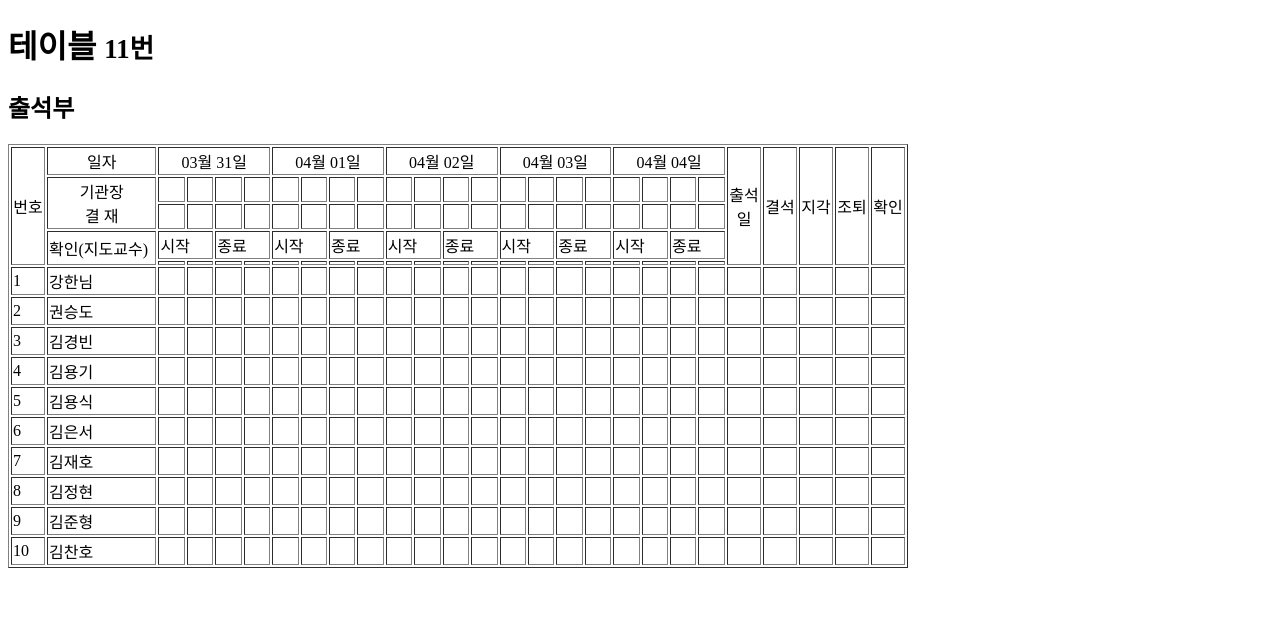
Repository: kmd192kmd/Web
Page: html/HtmlTest/src/main/webapp/ex16_table.html
An editor plug-in stored every save of this project. The page is shown before and after the next save, followed by the edit.
The browser window is 1280 px wide. The pictures show the whole page.

Above is the page before, as saved 2026-02-13 07:22:55.

After the next save:
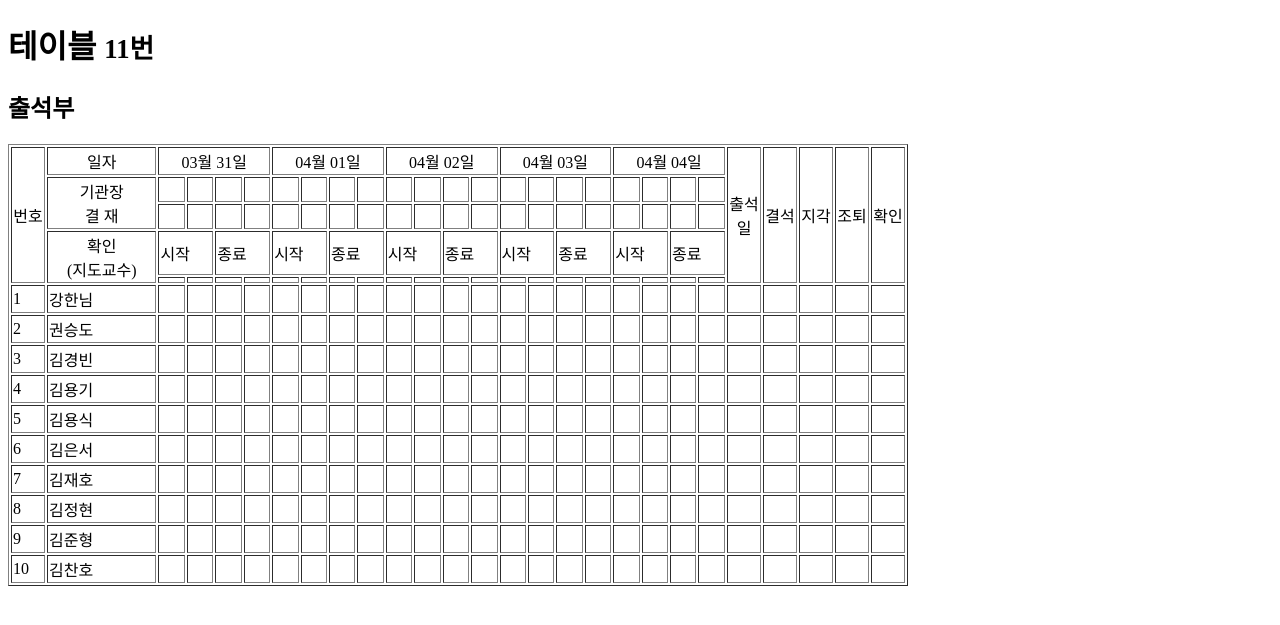
Saved 15 s later.
--- a/html/HtmlTest/src/main/webapp/ex16_table.html
+++ b/html/HtmlTest/src/main/webapp/ex16_table.html
@@ -100,7 +100,7 @@
 			<td></td>
 		</tr>
 		<tr>
-			<td colspan="4" rowspan="2">확인(지도교수)</td>
+			<td colspan="4" rowspan="2" align="center">확인<br>(지도교수)</td>
 			<td colspan="2">시작</td>
 			<td colspan="2">종료</td>
 			<td colspan="2">시작</td>
